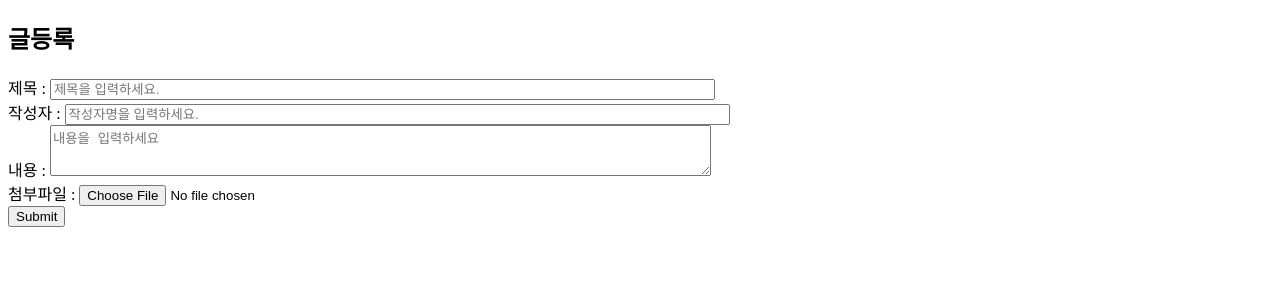
Repository: Park147/Django
Page: jango/pyboard/board/templates/board/register.html
An editor plug-in stored every save of this project. The page is shown before and after the next save, followed by the edit.
The browser window is 1280 px wide. The pictures show the whole page.

Above is the page before, as saved 2023-07-18 07:19:46.

### jango/pyboard/board/templates/board/register.html
<!DOCTYPE html>
<html>
<head>
<meta charset="UTF-8">
<title>Insert title here</title>
</head>
<body>
	<h2>글등록</h2>
	<form id="form1" name="form1" method="post" action="/insert/" enctype="multipart/fore-data">
		<div> 제목 : <input type="text" name="title" size="80" placeholder="제목을 입력하세요."> </div>
		<div> 작성자 : <input type="text" name="writer" size="80" placeholder="작성자명을 입력하세요."> </div>
		<div> 내용 : <textarea rows="3" cols="80" name="content" placeholder="내용을 입력하세요"></textarea> </div>
		<div style="width:800px"> 첨부파일 : <input type="file" name="filename" size="80"> </div>
		<div><input type="submit"> </div>
	</form>
</body>
</html>

After the next save:
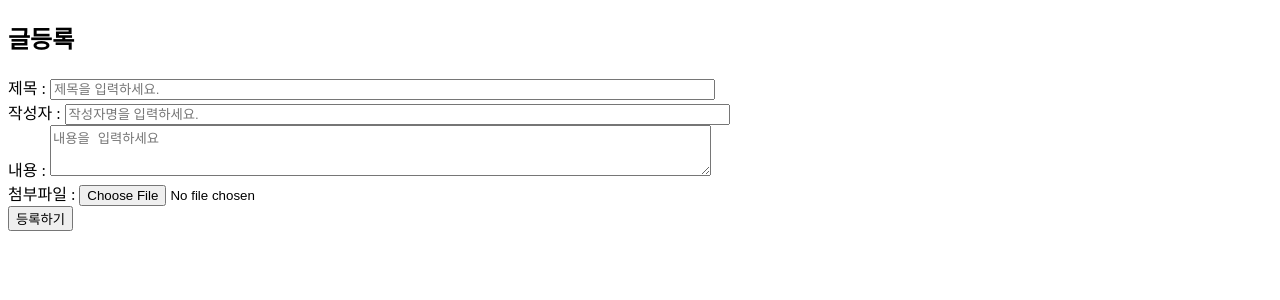
Saved 12 s later.
--- a/jango/pyboard/board/templates/board/register.html
+++ b/jango/pyboard/board/templates/board/register.html
@@ -11,7 +11,7 @@
 		<div> 작성자 : <input type="text" name="writer" size="80" placeholder="작성자명을 입력하세요."> </div>
 		<div> 내용 : <textarea rows="3" cols="80" name="content" placeholder="내용을 입력하세요"></textarea> </div>
 		<div style="width:800px"> 첨부파일 : <input type="file" name="filename" size="80"> </div>
-		<div><input type="submit"> </div>
+		<div><button type="submit">등록하기</button> </div>
 	</form>
 </body>
 </html>
